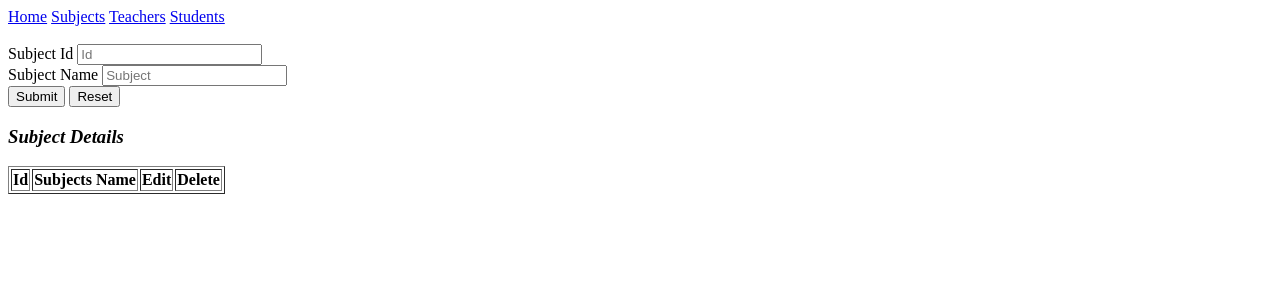
Repository: shubhamsingh331/Learners_Academy
Page: http://localhost/LearnersAcademy/Subjects/Subject.jsp
The author's editor kept a copy of each file at every save. The page is drawn from the files as they stood at one save, then again after the next save.
The browser window is 1280 px wide. The pictures show the whole page.
The page is served by Tomcat 9. Other server files are loaded and not shown. Queries for data that is not in the repository find no rows.

Above is the page before, as saved 2023-10-11 09:56:15.

### LearnersAcademy/src/main/webapp/Subjects/Subject.jsp
<%@ page language="java" contentType="text/html; charset=ISO-8859-1"
    pageEncoding="ISO-8859-1"%>
<!DOCTYPE html>
<html>
<head>
<meta charset="ISO-8859-1">
<title>Insert title here</title>
</head>
<body>
<div class="topnav">
  <a class="active" href="../Homepage.jsp">Home</a>
  <a href="Subject.jsp">Subjects</a>
  <a href="../Teachers/Teachers.jsp">Teachers</a>
  <a href="#about">Students</a>
</div><br>
<form action="AddSubjects.jsp" method="post">
Subject Id <input type="text" placeholder="Id" name="id"><br>
Subject Name <input type="text" placeholder="Subject" name="subname"><br>
<input type="submit" value="Submit">
<input type="reset" value="Reset">
</form>

<%@include file="Subdisplay.jsp" %>
</body>
</html>

### LearnersAcademy/src/main/webapp/Subjects/Subdisplay.jsp
<%@page import="subjects.SubjectsDAO"%>
<%@page import="subjects.SubjectsPojo" %>
<%@page import="java.util.*" %>
<%@ page language="java" contentType="text/html; charset=ISO-8859-1"
    pageEncoding="ISO-8859-1"%>
<!DOCTYPE html>
<html>
<head>
<meta charset="ISO-8859-1">
<title>Insert title here</title>
</head>
<body>
<h3><i>Subject Details</i></h3>
<table border="1">
<tr><th>Id</th><th>Subjects Name</th><th>Edit</th><th>Delete</th></tr>
<%
SubjectsDAO dao = new SubjectsDAO();
List<SubjectsPojo> list = dao.display();
for(SubjectsPojo s:list){%>
	<tr><td><%=s.getSubid() %></td><td><%=s.getSubname()%></td><td><a href=SubEdit.jsp?id=<%=s.getSubid()%>>Edit</a></td><td><a href=SubDelete.jsp?id=<%=s.getSubid()%>>Delete</a></td></tr>
	<%} %>
</table>
</body>
</html>

### LearnersAcademy/src/main/java/subjects/SubjectsDAO.java
package subjects;

import java.sql.Connection;
import java.sql.PreparedStatement;
import java.sql.ResultSet;
import java.sql.SQLException;
import java.util.ArrayList;
import java.util.List;

import DBUtil.DbUtil;

public class SubjectsDAO {
	public int insert(SubjectsPojo subject) throws ClassNotFoundException, SQLException {
		Connection con = DbUtil.dbcon();
		String sql = "insert into subjects values(?,?)";
		PreparedStatement ps = con.prepareStatement(sql);
		ps.setInt(1, subject.getSubid());
		ps.setString(2, subject.getSubname());
		return ps.executeUpdate();
	}

	public int update(SubjectsPojo subject) throws ClassNotFoundException, SQLException {
		Connection con = DbUtil.dbcon();
		String sql = "update subjects set subname = ? where id = ?";
		PreparedStatement ps = con.prepareStatement(sql);
		ps.setInt(2, subject.getSubid());
		ps.setString(1, subject.getSubname());
		return ps.executeUpdate();
	}

	public int delete(SubjectsPojo subject) throws ClassNotFoundException, SQLException {
		Connection con = DbUtil.dbcon();
		String sql = "delete from subjects where id = ?";
		PreparedStatement ps = con.prepareStatement(sql);
		ps.setInt(1, subject.getSubid());
		return ps.executeUpdate();
	}

	public List<SubjectsPojo> display() throws ClassNotFoundException, SQLException{
		Connection con = DbUtil.dbcon();

		List<SubjectsPojo> list = new ArrayList<SubjectsPojo>();
		String sql = "select * from subjects";
		PreparedStatement ps = con.prepareStatement(sql);
		ResultSet rs = ps.executeQuery();
		while(rs.next()) {
			SubjectsPojo subject = new SubjectsPojo();
			subject.setSubid(rs.getInt(1));
			subject.setSubname(rs.getString(2));
			list.add(subject);

		}
		return list;
	}
	public List<SubjectsPojo> option() throws ClassNotFoundException, SQLException{
		Connection con = DbUtil.dbcon();

		List<SubjectsPojo > list = new ArrayList<SubjectsPojo>();
		String sql = "select * from subjects";
		PreparedStatement ps = con.prepareStatement(sql);
		ResultSet rs = ps.executeQuery();
		while(rs.next()) {
			SubjectsPojo subject = new SubjectsPojo();
			subject.setSubid(rs.getInt("id"));
			subject.setSubname(rs.getString("subname"));
			list.add(subject);
		}

		return list;


	}

}

### LearnersAcademy/src/main/java/DBUtil/DbUtil.java
package DBUtil;

import java.sql.Connection;
import java.sql.DriverManager;
import java.sql.SQLException;

public class DbUtil {
	public static final String DRIVER_CLASS="com.mysql.jdbc.Driver";
	public static final String DB_URL="jdbc:mysql://localhost:3306/StudentManagement";
	public static final String USERNAME = "root";
	public static final String PASSWORD = "123456";
	public static Connection dbcon() throws ClassNotFoundException, SQLException {
		Class.forName(DRIVER_CLASS);

		Connection con = DriverManager.getConnection(DB_URL, USERNAME, PASSWORD);

		return con;

}

}

After the next save:
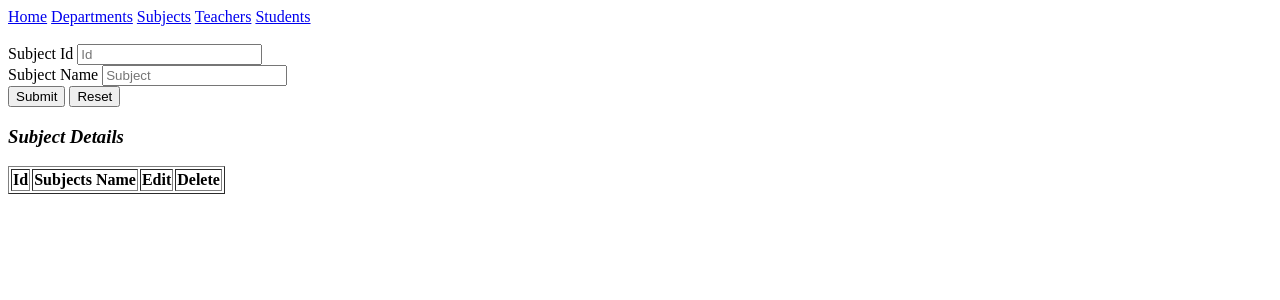
Saved 6 min 26 s later.
--- a/LearnersAcademy/src/main/webapp/Subjects/Subject.jsp
+++ b/LearnersAcademy/src/main/webapp/Subjects/Subject.jsp
@@ -9,9 +9,10 @@
 <body>
 <div class="topnav">
   <a class="active" href="../Homepage.jsp">Home</a>
+  <a href="../Department/Department.jsp">Departments</a>
   <a href="Subject.jsp">Subjects</a>
   <a href="../Teachers/Teachers.jsp">Teachers</a>
-  <a href="#about">Students</a>
+  <a href="../Students/Students.jsp">Students</a>
 </div><br>
 <form action="AddSubjects.jsp" method="post">
 Subject Id <input type="text" placeholder="Id" name="id"><br>
